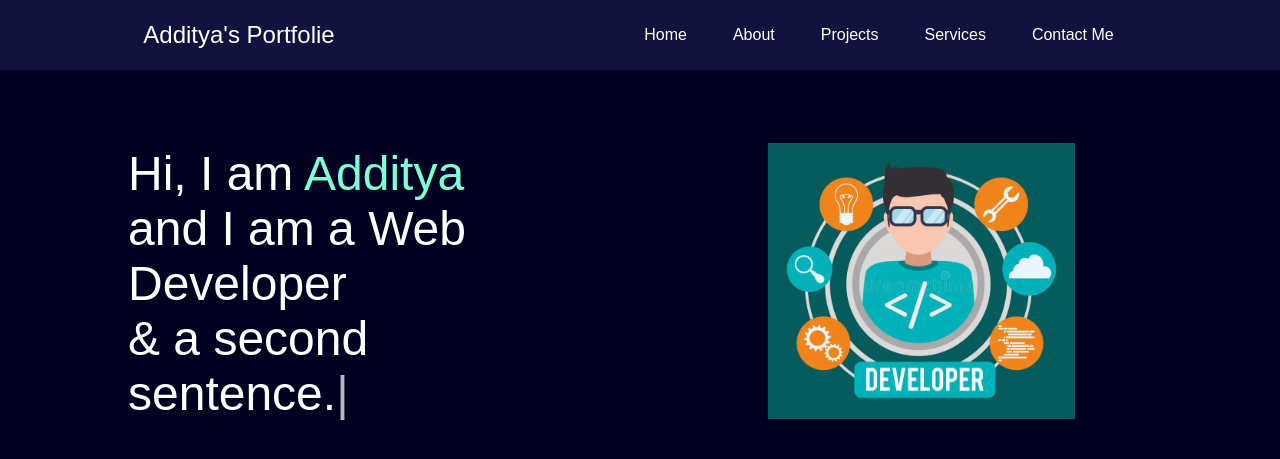
Repository: VictoriousMango/Portfolio
Page: index.html
These files come from the project's save history. The page is drawn as it stood at one moment and after the next save; the edit follows.
The browser window is 1280 px wide. The pictures show the whole page.

Above is the page before, as saved 2023-08-27 09:47:20.

### index.html
<!DOCTYPE html>
<html lang="en">

<head>
    <meta charset="UTF-8">
    <meta name="viewport" content="width=device-width, initial-scale=1.0">
    <title>Additya - Developer Portfolio</title>
    <style>
        * {
            margin: 0;
            padding: 0;
        }

        body {
            background-color: rgb(0, 0, 33);
            color: white;
            font-family: 'Poppins', sans-serif;
        }

        nav {
            display: flex;
            justify-content: space-around;
            align-items: center;
            height: 70px;
            background-color: rgb(18, 18, 62);
        }

        nav ul {
            display: flex;
            justify-content: center;
        }

        nav ul li {
            list-style: none;
            margin: 0 23px;
        }

        nav ul li a {
            text-decoration: none;
            color: white;
        }

        nav ul li a:hover {
            color: rgb(153, 153, 226);
            font-size: 1.05rem;
        }

        .left {
            font-size: 1.5rem;
        }

        .firstSection {
            display: flex;
            justify-content: space-around;
            align-items: center;
            margin: 23px 0;
        }

        .firstSection>div {
            width: 30%;
        }

        .leftSection {
            font-size: 3rem;
        }

        /* .rightSection{
            background-color: red;
        } */
        .rightSection img {
            width: 80%;
            margin: 50px 0;
        }

        .purple {
            color: aquamarine;
        }
    </style>
</head>

<body>
    <header>
        <nav>
            <div class="left">Additya's Portfolie</div>
            <div class="right">
                <ul>
                    <li><a href="/">Home</a></li>
                    <li><a href="/">About</a></li>
                    <li><a href="/">Projects</a></li>
                    <li><a href="/">Services</a></li>
                    <li><a href="/">Contact Me</a></li>
                </ul>
            </div>
        </nav>
    </header>

    <main>
        <section class="firstSection">
            <div class="leftSection">
                Hi, I am <span class="purple">Additya</span>
                <div>and I am a Web Developer</div>
                <span id="element"></span>
            </div>
            <div class="rightSection"><img src="Web Dev.webp" alt=""></div>
        </section>
    </main>
    <script src="https://unpkg.com/typed.js@2.0.16/dist/typed.umd.js"></script>
    <script>
        var typed = new Typed('#element', {
            strings: ['<i>First</i> sentence.', '&amp; a second sentence.'],
            typeSpeed: 50,
        });
    </script>
</body>

</html>

After the next save:
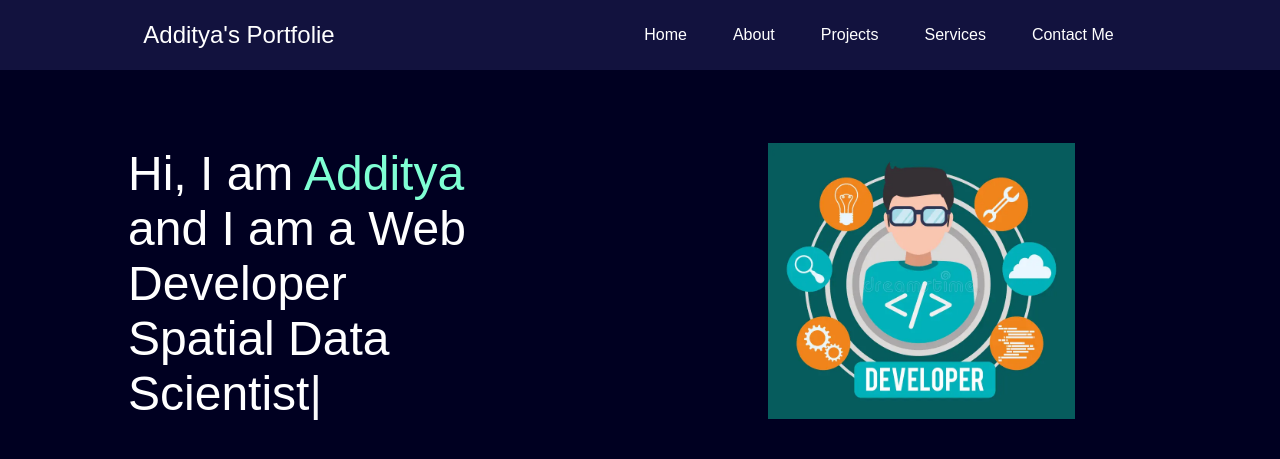
Saved 48 s later.
--- a/index.html
+++ b/index.html
@@ -107,7 +107,7 @@
     <script src="https://unpkg.com/typed.js@2.0.16/dist/typed.umd.js"></script>
     <script>
         var typed = new Typed('#element', {
-            strings: ['<i>First</i> sentence.', '&amp; a second sentence.'],
+            strings: ['Web Developer', 'Spatial Data Scientist'],
             typeSpeed: 50,
         });
     </script>
